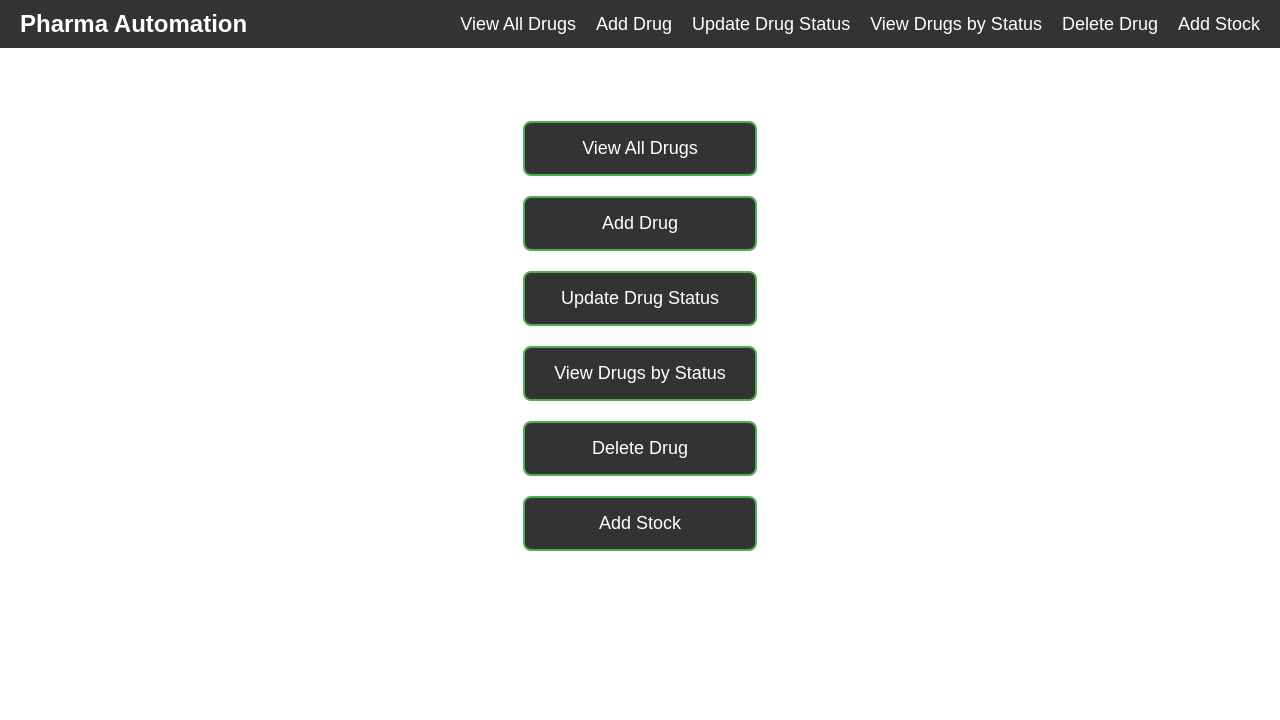
Repository: Clarrieous/Infosys-intern
Page: http://localhost/index
The author's editor kept a copy of each file at every save. The page is drawn from the files as they stood at one save, then again after the next save.
The browser window is 1280 px wide. The pictures show the whole page.
The page is this project's Thymeleaf template; nobody is signed in. The template is opened directly, without the code that normally fills it, so the values that code supplies are empty.

Above is the page before, as saved 2024-12-08 11:54:40.

### ClientService/src/main/resources/templates/index.html
<!DOCTYPE html>
<html xmlns:th="http://www.thymeleaf.org">
<head>
    <meta charset="UTF-8">
    <meta name="viewport" content="width=device-width, initial-scale=1.0">
    <title>Pharma Automation System</title>
    <style>

        body {


            font-family: Arial, sans-serif;
            margin: 0;
            padding: 0;
            color: #fff;
        }


        .navbar {
            display: flex;
            justify-content: space-between;
            align-items: center;
            padding: 10px 20px;
            background-color: rgba(0, 0, 0, 0.8);
            color: white;
        }

        .navbar h1 {
            margin: 0;
            font-size: 24px;
        }

        .navbar ul {
            list-style-type: none;
            margin: 0;
            padding: 0;
            display: flex;
        }

        .navbar ul li {
            margin-left: 20px;
        }

        .navbar ul li a {
            color: white;
            text-decoration: none;
            font-size: 18px;
            transition: color 0.3s;
        }

        .navbar ul li a:hover {
            color: #4CAF50;
        }


        .button-list {
            display: flex;
            flex-direction: column;
            align-items: center;
            justify-content: center;
            height: 80vh;
        }

        .button-list a {
            display: block;
            width: 200px;
            text-align: center;
            padding: 15px;
            margin: 10px 0;
            font-size: 18px;
            color: #fff;
            background-color: rgba(0, 0, 0, 0.8);
            text-decoration: none;
            border: 2px solid #4CAF50;
            border-radius: 8px;
            transition: all 0.3s;
        }

        .button-list a:hover {
            background-color: #4CAF50;
            color: white;
        }
    </style>
</head>
<body>

    <div class="navbar">
        <h1>Pharma Automation</h1>
        <ul>
            <li><a th:href="@{/viewAllDrugs}">View All Drugs</a></li>
            <li><a th:href="@{/addDrug}">Add Drug</a></li>
            <li><a th:href="@{/updateStatus}">Update Drug Status</a></li>
            <li><a th:href="@{/viewDrugStatus}">View Drugs by Status</a></li>
            <li><a th:href="@{/deleteDrug}">Delete Drug</a></li>
			<li><a th:href="@{/addStock}">Add Stock</a></li>
        </ul>
    </div>


    <div class="button-list">
        <a th:href="@{/viewAllDrugs}">View All Drugs</a>
        <a th:href="@{/addDrug}">Add Drug</a>
        <a th:href="@{/updateStatus}">Update Drug Status</a>
        <a th:href="@{/viewDrugStatus}">View Drugs by Status</a>
        <a th:href="@{/deleteDrug}">Delete Drug</a>
		<a th:href="@{/addStock}">Add Stock</a>
    </div>
</body>
</html>

After the next save:
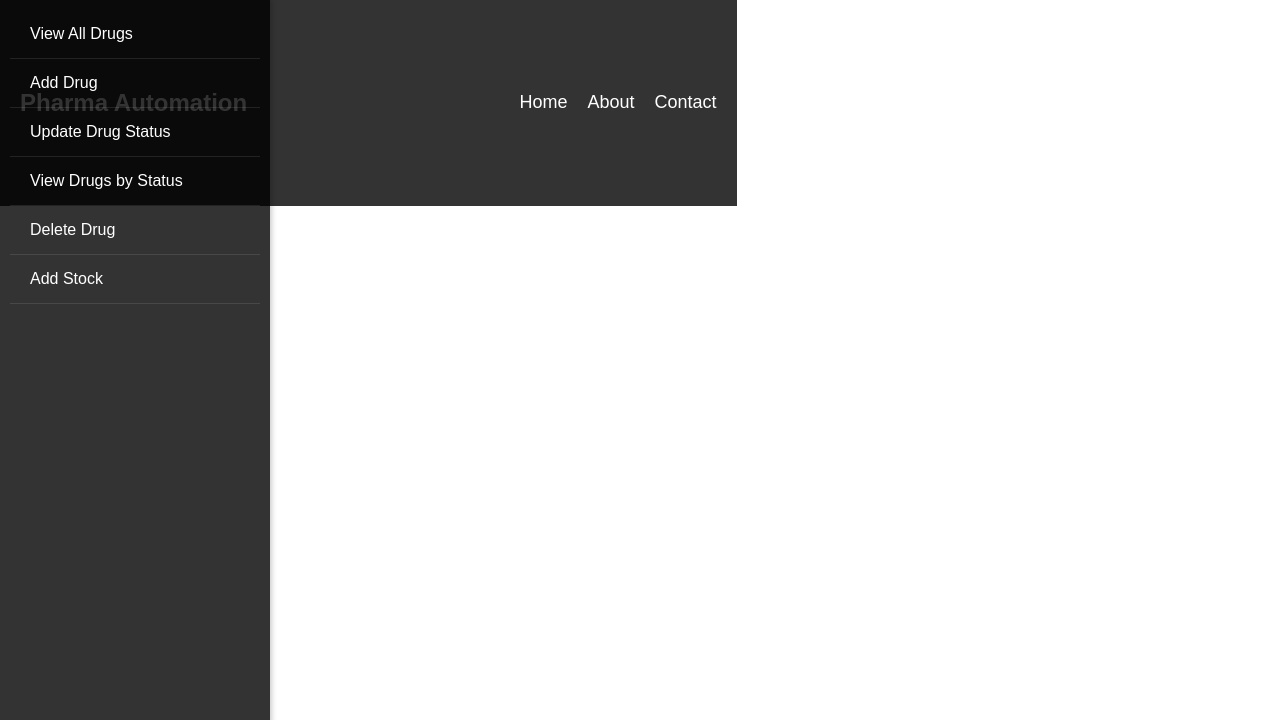
Saved 5 min 36 s later.
--- a/ClientService/src/main/resources/templates/index.html
+++ b/ClientService/src/main/resources/templates/index.html
@@ -5,16 +5,13 @@
     <meta name="viewport" content="width=device-width, initial-scale=1.0">
     <title>Pharma Automation System</title>
     <style>
-
         body {
-
-
             font-family: Arial, sans-serif;
             margin: 0;
             padding: 0;
             color: #fff;
+            display: flex;
         }
-
 
         .navbar {
             display: flex;
@@ -23,6 +20,7 @@
             padding: 10px 20px;
             background-color: rgba(0, 0, 0, 0.8);
             color: white;
+            width: 100%;
         }
 
         .navbar h1 {
@@ -52,58 +50,72 @@
             color: #4CAF50;
         }
 
-
-        .button-list {
+        .sidebar {
+            position: fixed;
+            top: 0;
+            left: -250px; /* Hidden by default */
+            height: 100%;
+            width: 250px;
+            background-color: rgba(0, 0, 0, 0.8);
+            box-shadow: 2px 0 5px rgba(0, 0, 0, 0.2);
+            overflow-x: hidden;
+            transition: left 0.3s ease;
             display: flex;
             flex-direction: column;
-            align-items: center;
-            justify-content: center;
-            height: 80vh;
+            padding: 10px;
         }
 
-        .button-list a {
-            display: block;
-            width: 200px;
-            text-align: center;
-            padding: 15px;
-            margin: 10px 0;
-            font-size: 18px;
-            color: #fff;
-            background-color: rgba(0, 0, 0, 0.8);
-            text-decoration: none;
-            border: 2px solid #4CAF50;
-            border-radius: 8px;
-            transition: all 0.3s;
+        .sidebar:hover {
+            left: 0; /* Show on hover */
         }
 
-        .button-list a:hover {
+        .sidebar a {
+            color: white;
+            text-decoration: none;
+            padding: 15px 20px;
+            border-bottom: 1px solid rgba(255, 255, 255, 0.1);
+            transition: background-color 0.3s, color 0.3s;
+        }
+
+        .sidebar a:hover {
             background-color: #4CAF50;
             color: white;
+        }
+
+        .main-content {
+            margin-left: 0; /* Adjusted for when sidebar is hidden */
+            flex-grow: 1;
+            padding: 20px;
+            transition: margin-left 0.3s ease;
+        }
+
+        .sidebar:hover ~ .main-content {
+            margin-left: 250px; /* Adjusted when sidebar is shown */
         }
     </style>
 </head>
 <body>
-
     <div class="navbar">
         <h1>Pharma Automation</h1>
         <ul>
-            <li><a th:href="@{/viewAllDrugs}">View All Drugs</a></li>
-            <li><a th:href="@{/addDrug}">Add Drug</a></li>
-            <li><a th:href="@{/updateStatus}">Update Drug Status</a></li>
-            <li><a th:href="@{/viewDrugStatus}">View Drugs by Status</a></li>
-            <li><a th:href="@{/deleteDrug}">Delete Drug</a></li>
-			<li><a th:href="@{/addStock}">Add Stock</a></li>
+            <li><a th:href="@{/home}">Home</a></li>
+            <li><a th:href="@{/about}">About</a></li>
+            <li><a th:href="@{/contact}">Contact</a></li>
         </ul>
     </div>
 
-
-    <div class="button-list">
+    <div class="sidebar">
         <a th:href="@{/viewAllDrugs}">View All Drugs</a>
         <a th:href="@{/addDrug}">Add Drug</a>
         <a th:href="@{/updateStatus}">Update Drug Status</a>
         <a th:href="@{/viewDrugStatus}">View Drugs by Status</a>
         <a th:href="@{/deleteDrug}">Delete Drug</a>
-		<a th:href="@{/addStock}">Add Stock</a>
+        <a th:href="@{/addStock}">Add Stock</a>
+    </div>
+
+    <div class="main-content">
+        <h2>Welcome to Pharma Automation System</h2>
+        <p>Use the navigation bar or the sidebar to access different modules.</p>
     </div>
 </body>
 </html>

After the save that followed:
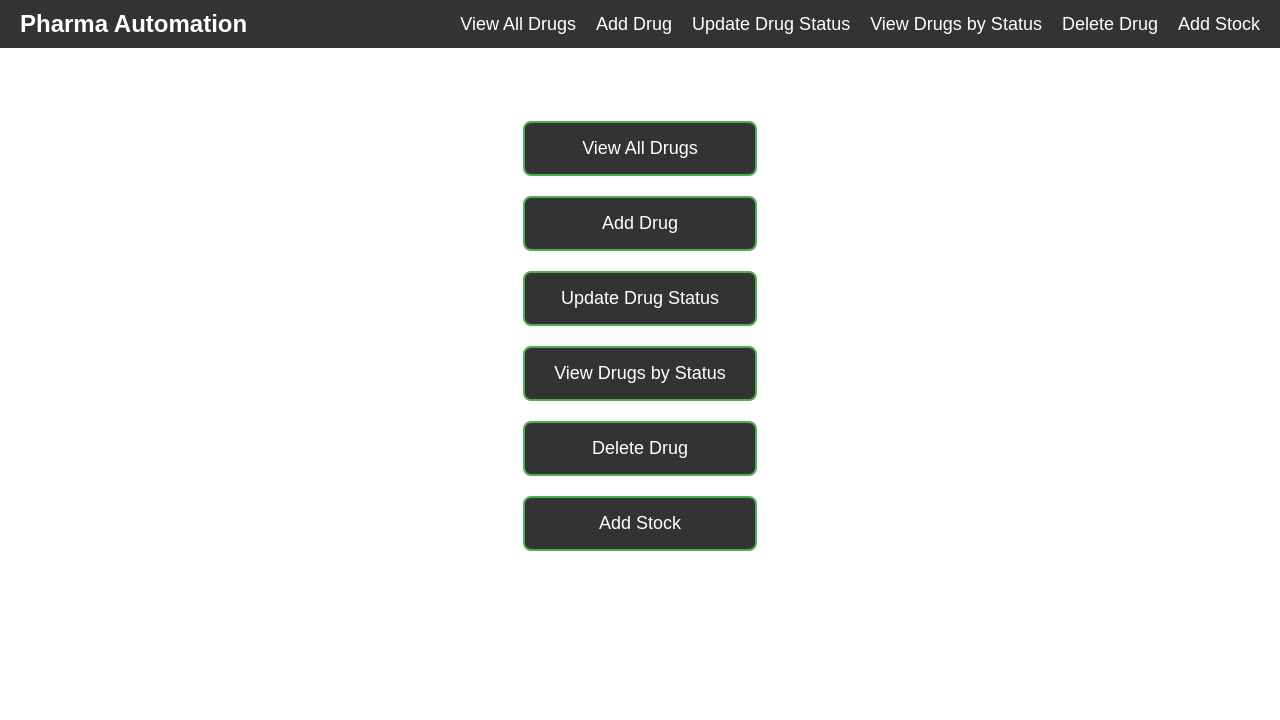
Saved 3 min 49 s later.
--- a/ClientService/src/main/resources/templates/index.html
+++ b/ClientService/src/main/resources/templates/index.html
@@ -5,13 +5,16 @@
     <meta name="viewport" content="width=device-width, initial-scale=1.0">
     <title>Pharma Automation System</title>
     <style>
+
         body {
+
+
             font-family: Arial, sans-serif;
             margin: 0;
             padding: 0;
             color: #fff;
-            display: flex;
         }
+
 
         .navbar {
             display: flex;
@@ -20,7 +23,6 @@
             padding: 10px 20px;
             background-color: rgba(0, 0, 0, 0.8);
             color: white;
-            width: 100%;
         }
 
         .navbar h1 {
@@ -50,72 +52,58 @@
             color: #4CAF50;
         }
 
-        .sidebar {
-            position: fixed;
-            top: 0;
-            left: -250px; /* Hidden by default */
-            height: 100%;
-            width: 250px;
-            background-color: rgba(0, 0, 0, 0.8);
-            box-shadow: 2px 0 5px rgba(0, 0, 0, 0.2);
-            overflow-x: hidden;
-            transition: left 0.3s ease;
+
+        .button-list {
             display: flex;
             flex-direction: column;
-            padding: 10px;
+            align-items: center;
+            justify-content: center;
+            height: 80vh;
         }
 
-        .sidebar:hover {
-            left: 0; /* Show on hover */
+        .button-list a {
+            display: block;
+            width: 200px;
+            text-align: center;
+            padding: 15px;
+            margin: 10px 0;
+            font-size: 18px;
+            color: #fff;
+            background-color: rgba(0, 0, 0, 0.8);
+            text-decoration: none;
+            border: 2px solid #4CAF50;
+            border-radius: 8px;
+            transition: all 0.3s;
         }
 
-        .sidebar a {
-            color: white;
-            text-decoration: none;
-            padding: 15px 20px;
-            border-bottom: 1px solid rgba(255, 255, 255, 0.1);
-            transition: background-color 0.3s, color 0.3s;
-        }
-
-        .sidebar a:hover {
+        .button-list a:hover {
             background-color: #4CAF50;
             color: white;
-        }
-
-        .main-content {
-            margin-left: 0; /* Adjusted for when sidebar is hidden */
-            flex-grow: 1;
-            padding: 20px;
-            transition: margin-left 0.3s ease;
-        }
-
-        .sidebar:hover ~ .main-content {
-            margin-left: 250px; /* Adjusted when sidebar is shown */
         }
     </style>
 </head>
 <body>
+
     <div class="navbar">
         <h1>Pharma Automation</h1>
         <ul>
-            <li><a th:href="@{/home}">Home</a></li>
-            <li><a th:href="@{/about}">About</a></li>
-            <li><a th:href="@{/contact}">Contact</a></li>
+            <li><a th:href="@{/viewAllDrugs}">View All Drugs</a></li>
+            <li><a th:href="@{/addDrug}">Add Drug</a></li>
+            <li><a th:href="@{/updateStatus}">Update Drug Status</a></li>
+            <li><a th:href="@{/viewDrugStatus}">View Drugs by Status</a></li>
+            <li><a th:href="@{/deleteDrug}">Delete Drug</a></li>
+			<li><a th:href="@{/addStock}">Add Stock</a></li>
         </ul>
     </div>
 
-    <div class="sidebar">
+
+    <div class="button-list">
         <a th:href="@{/viewAllDrugs}">View All Drugs</a>
         <a th:href="@{/addDrug}">Add Drug</a>
         <a th:href="@{/updateStatus}">Update Drug Status</a>
         <a th:href="@{/viewDrugStatus}">View Drugs by Status</a>
         <a th:href="@{/deleteDrug}">Delete Drug</a>
-        <a th:href="@{/addStock}">Add Stock</a>
-    </div>
-
-    <div class="main-content">
-        <h2>Welcome to Pharma Automation System</h2>
-        <p>Use the navigation bar or the sidebar to access different modules.</p>
+		<a th:href="@{/addStock}">Add Stock</a>
     </div>
 </body>
 </html>
